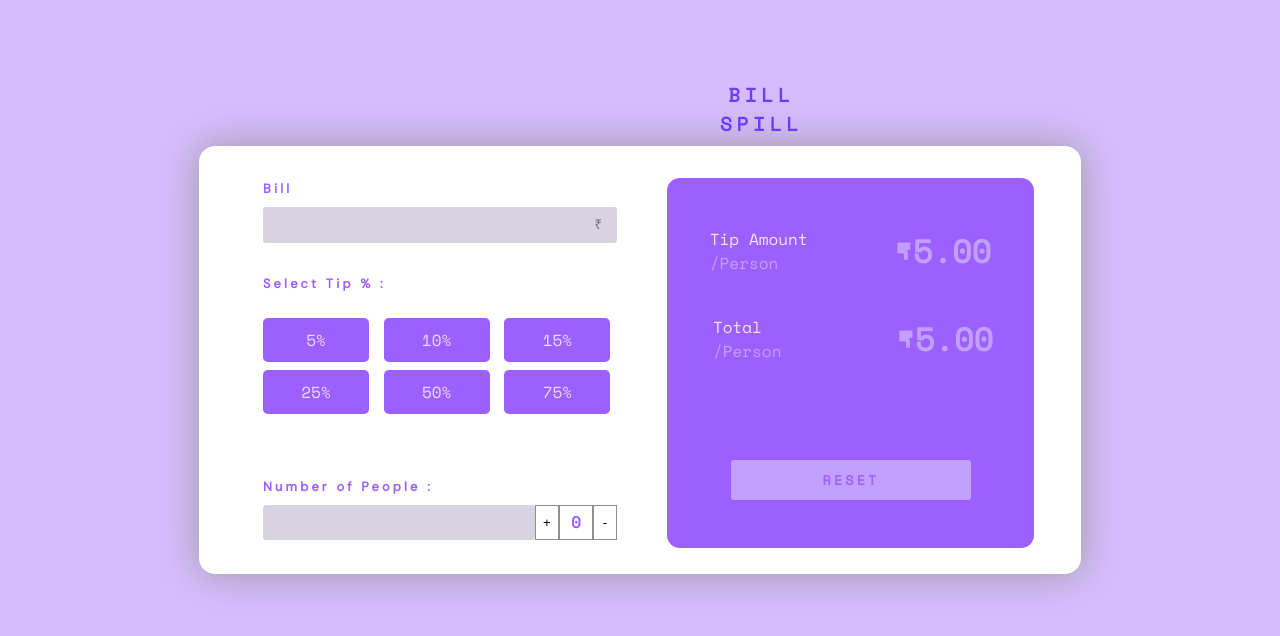
Repository: drumsmanku/micro-project-3
Page: index.html
The author's editor kept a copy of each file at every save. The page is drawn from the files as they stood at one save, then again after the next save.
The browser window is 1280 px wide. The pictures show the whole page.

Above is the page before, as saved 2023-04-17 23:35:59.

### index.html
<!DOCTYPE html>
<html lang="en">
<head>
  <meta charset="UTF-8">
  <meta http-equiv="X-UA-Compatible" content="IE=edge">
  <meta name="viewport" content="width=device-width, initial-scale=1.0">
  <link rel="stylesheet" href="styles.css">
  <title>Bill Spill</title>
</head>
<body>
  <h2 class="outside-most-heading">BILL <br>SPILL</h2>
  <main>

    <div class="entire-container">
      <div class="left-inside-container">
          <label for="amount">Bill</label>
          <input type="number" name="total" id="total-bill" placeholder="₹"  >
          <div class="select-container">
            <label for="tip">Select Tip % :</label>
            <div class="button-containers">
              <button id="five" class="bt-1 sizing" onclick="five()">5%</button>
              <button id="ten" class="bt-2 sizing">10%</button>
              <button id="fifteen" class="bt-3 sizing">15%</button>
              <button id="twentyfive" class="bt-4 sizing">25%</button>
              <button id="fifty" class="bt-5 sizing">50%</button>
              <button id="seventyfive" class="bt-6 sizing">75%</button>
            </div>
          </div>
          <label for="people">Number of People : </label>
          <div class="people-container">
            <input type="number" name="people" id="people-number">
            <button id="add-people" onclick="update_add()">+</button>
            <h4 id="main-people" class="center-text">0</h4>
            <button id="sub-people" onclick="update_sub()">-</button>
          </div>
      </div>


      <div class="right-inside-container">
        <div class="first-second-line">
          <div class="first-line">
            <div class="first-line-first">
              <p class="one">Tip Amount</p>
              <p class="two">/Person</p>

            </div>
            <h1 id="tip-per-person">₹5.00</h1>
          </div>
          <div class="second-line">
            <div class="first-line-first">
              <p class="one-two">Total</p>
              <p class="two-two">/Person</p>

            </div>
            <h1 id="total-per-person">₹5.00</h1>
          </div>
        </div>

        <input type="button" value="RESET">
      </div>
    </div>

  </main>
  <script src="script.js"></script>
</body>
</html>

### styles.css
@import url('https://fonts.googleapis.com/css2?family=DM+Sans&display=swap');
@import url('https://fonts.googleapis.com/css2?family=DM+Sans&family=Space+Mono&display=swap');
/* font-family: 'DM Sans', sans-serif; */
*{
  padding: 0;
  margin: 0;
}

main{
  width: 100%;
  height: 100vh;
  display: flex;
  justify-content: center;
  align-items: center;
  background-color:  #D6BCFF;
}

main>h2{
  position: relative;
  top: -4rem;
}

.entire-container{
  width: 818px;
  height: 428px;
  background-color: white;

  display: flex;
  padding-left: 4rem;
  flex-direction: row;
  border-radius: 1rem;
  box-shadow: 0 0 40px rgb(154, 154, 154);
}

.left-inside-container{
  display: flex;
  flex-wrap: wrap;
  flex-direction: column;
  justify-content: center;
}

.button-containers{
  display: grid;
  grid-template-columns: repeat(3, minmax(0,1fr));
  grid-template-rows: repeat(2, minmax(0,1fr));
  grid-gap: 0.5rem;
  margin-top: 1rem;
}

.sizing{
  width: 106px;
  height: 44px;
  border: none;
  background-color: #9C60FF;
  border-radius: 0.3rem;
  color: #E9DBFF;
  font-size: 1rem;
  font-family: 'Space Mono';
}
.people-container{
  display: flex;
  flex-direction: row;
}
.people-container>h4{
  border: 1px solid #8E8E8E;
  width: 2rem;
  text-align: center;
  padding-top: 4px;
  color: #9C60FF;
  font-family: 'Space Mono';
  font-size: 1rem;
}
.people-container>button{
  background: none;
  border: 1px solid #8E8E8E;
  width: 1.5rem;
}

.select-container{
  display: flex;
  flex-direction: column;
  margin: 2rem 0 4rem 0;
}

.right-inside-container{
  width: 367px;
  height: 370px;
  background-color: #9C60FF;
  border-radius: 0.8rem;
  position: relative;
  top: 2rem;
  margin-left: 10px;
  right: -40px;
  display: flex;
  flex-direction: column;
  justify-content:space-around;
}
.first-line{
  display: flex;
  justify-content: space-around;
  margin-bottom: 2.5rem;
}
.second-line{
  display: flex;
  justify-content: space-around;
}
.first-second-line{
  font-family: 'Space Mono';

}
.first-second-line h1{
  color: #C39FFF;
  font-weight: bold;
}
.first-line-first{
  color: #F3E4FF;;
}
.first-line-first .two,.two-two{
  color: #C39FFF;
}
.second-line>h1{
  margin-left: 2rem;
}
.one-two,.two-two{
  margin-left: 5px;
}
input[value='RESET']{
  width:15rem;
  height: 2.5rem;
  text-align: center;
  margin-left: 4rem;
  background-color: #C39FFF;
  letter-spacing: 0.2rem;
  font-family: 'Space Mono';
  font-weight: bold;
  transition: 0.2s ease-in;
}
.button-containers button{
  transition: 0.1s ease-in;
}
.button-containers button:hover{
  opacity: 0.7;
}
input[value='RESET']:hover{
  opacity: 0.7;

}
input[id='people-number']{
  width: 17rem;
}

.outside-most-heading{
  position: absolute;

  font-family: 'Space Mono';
  color: #6F3CFF;
  letter-spacing: 0.3rem;
  font-size: 1.2rem;
  text-align: center;
  left: 45rem;
  top: 5rem;
}
input{
  border-radius: 0.2rem;
  border: none;
  background-color: rgba(182, 172, 196, 0.53);
  height: 2.2rem;
  text-align: end;
  color: #9C60FF;
}
label{
  color: #9C60FF;
  font-size: 0.8rem;
  font-family: 'DM Sans';
  font-weight: bold;
  letter-spacing: 0.2rem;
  margin-bottom: 10px;
}

### script.js


var total;
var final_total;
var val1;
var tip;
var total_per_person;

function get_value_of_people(){
   val1=Number(document.getElementById("main-people").innerHTML);
}
function setfinal(){
  total_per_person=document.getElementById("total-per-person").innerHTML;
  tip_per_person=document.getElementById("tip-per-person").innerHTML;

}

function update_add(){
  get_value_of_people();
  var fin_val1=val1+Number(1);
  document.getElementById("main-people").innerHTML=fin_val1;
}
function update_sub(){
  get_value_of_people();
  var fin_val2=val1-Number(1);
  document.getElementById("main-people").innerHTML=fin_val2;
}

function five(){
  total=document.getElementById("total-bill").value;
  tip=Number(total*0.05)
  final_total=Number(total)+ tip;
  get_value_of_people();
  setfinal();
  if(val1===0){
    total_per_person=`₹${final_total}.00`;
    tip_per_person=`₹${tip}.00`;

  }
  else{
    total_per_person=`₹${final_total/val1}.00`;
    tip_per_person=`₹${tip/val1}.00`;
  }

}

After the next save:
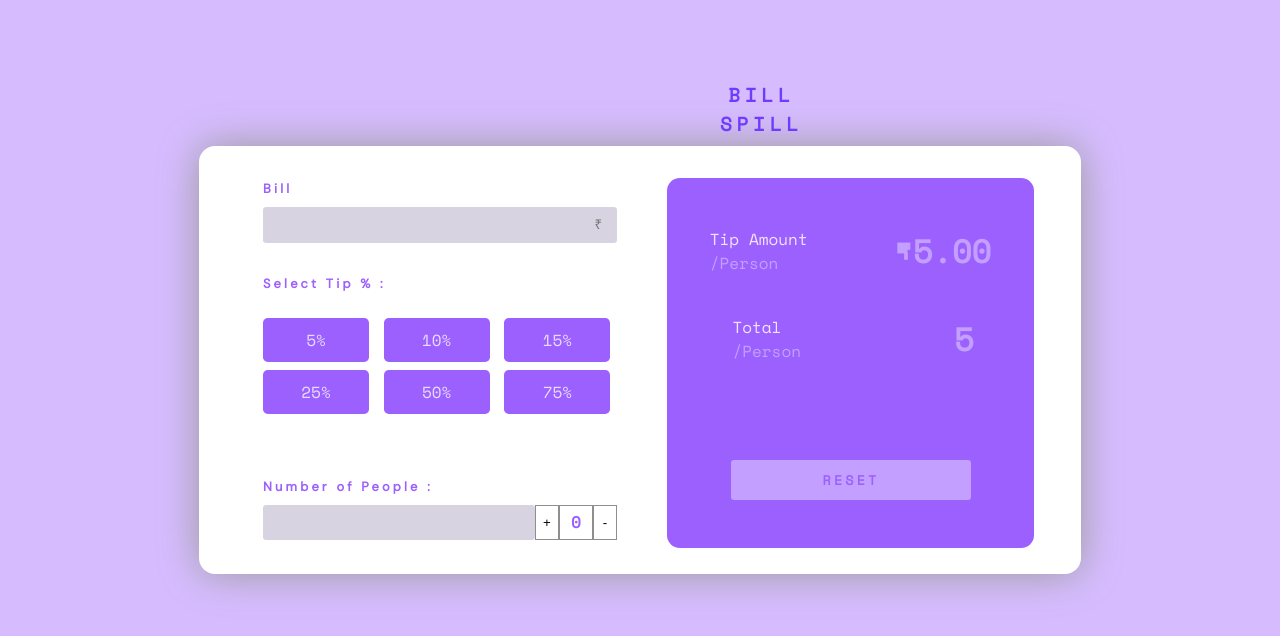
Saved 114 s later.
--- a/script.js
+++ b/script.js
@@ -10,11 +10,12 @@
    val1=Number(document.getElementById("main-people").innerHTML);
 }
 function setfinal(){
-  total_per_person=document.getElementById("total-per-person").innerHTML;
+  var ell=5;
+  document.getElementById("total-per-person").innerHTML=`${ell}`;
   tip_per_person=document.getElementById("tip-per-person").innerHTML;
 
 }
-
+setfinal();
 function update_add(){
   get_value_of_people();
   var fin_val1=val1+Number(1);

After the save that followed:
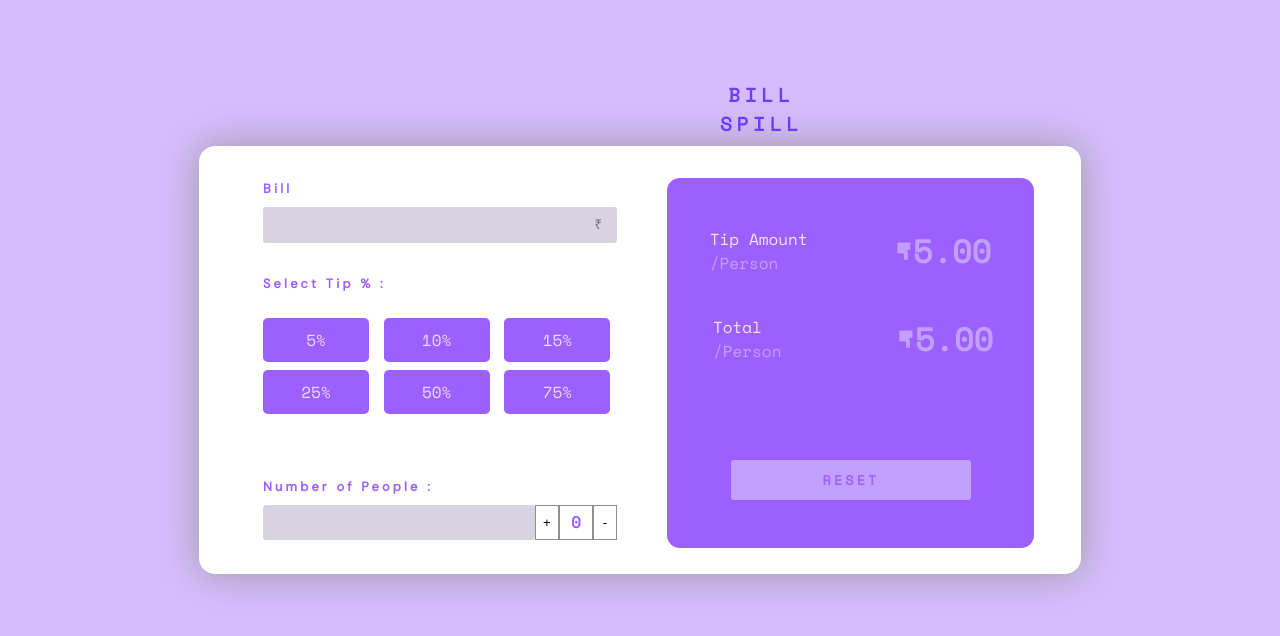
Saved 16 s later.
--- a/script.js
+++ b/script.js
@@ -10,12 +10,11 @@
    val1=Number(document.getElementById("main-people").innerHTML);
 }
 function setfinal(){
-  var ell=5;
-  document.getElementById("total-per-person").innerHTML=`${ell}`;
+  total_per_person=document.getElementById("total-per-person").innerHTML;
   tip_per_person=document.getElementById("tip-per-person").innerHTML;
 
 }
-setfinal();
+
 function update_add(){
   get_value_of_people();
   var fin_val1=val1+Number(1);
